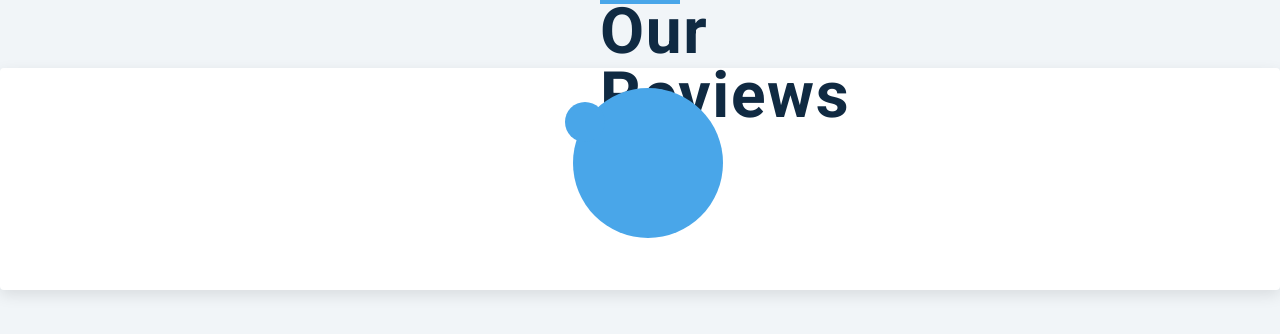
Repository: hseunghwan/practice-vanilla-javascript
Page: Carousel/Carousel.html
An editor plug-in stored every save of this project. The page is shown before and after the next save, followed by the edit.
The browser window is 1280 px wide. The pictures show the whole page.

Above is the page before, as saved 2023-05-10 20:19:38.

### Carousel/Carousel.html
<!DOCTYPE html>
<html>
    <head>
        <title>Carousel</title>
        <link rel="stylesheet" href="Carousel.css" />
        <script src="app.js"></script>
    </head>
    <body>
        <div class="main">
            <h1 class="title underline">Our Reviews</h1>
            <div class="container"></div>
            <div class="review">
                <div class="img-container"></div>
            </div>
        </div>
    </body>
</html>

### Carousel/Carousel.css
/*
===============
Fonts
===============
*/
@import url("https://fonts.googleapis.com/css?family=Open+Sans|Roboto:400,700&display=swap");

/*
===============
Variables
===============
*/

:root {
    /* dark shades of primary color*/
    --clr-primary-1: hsl(205, 86%, 17%);
    --clr-primary-2: hsl(205, 77%, 27%);
    --clr-primary-3: hsl(205, 72%, 37%);
    --clr-primary-4: hsl(205, 63%, 48%);
    /* primary/main color */
    --clr-primary-5: hsl(205, 78%, 60%);
    /* lighter shades of primary color */
    --clr-primary-6: hsl(205, 89%, 70%);
    --clr-primary-7: hsl(205, 90%, 76%);
    --clr-primary-8: hsl(205, 86%, 81%);
    --clr-primary-9: hsl(205, 90%, 88%);
    --clr-primary-10: hsl(205, 100%, 96%);
    /* darkest grey - used for headings */
    --clr-grey-1: hsl(209, 61%, 16%);
    --clr-grey-2: hsl(211, 39%, 23%);
    --clr-grey-3: hsl(209, 34%, 30%);
    --clr-grey-4: hsl(209, 28%, 39%);
    /* grey used for paragraphs */
    --clr-grey-5: hsl(210, 22%, 49%);
    --clr-grey-6: hsl(209, 23%, 60%);
    --clr-grey-7: hsl(211, 27%, 70%);
    --clr-grey-8: hsl(210, 31%, 80%);
    --clr-grey-9: hsl(212, 33%, 89%);
    --clr-grey-10: hsl(210, 36%, 96%);
    --clr-white: #fff;
    --clr-red-dark: hsl(360, 67%, 44%);
    --clr-red-light: hsl(360, 71%, 66%);
    --clr-green-dark: hsl(125, 67%, 44%);
    --clr-green-light: hsl(125, 71%, 66%);
    --clr-black: #222;
    --ff-primary: "Roboto", sans-serif;
    --ff-secondary: "Open Sans", sans-serif;
    --transition: all 0.3s linear;
    --spacing: 0.1rem;
    --radius: 0.25rem;
    --light-shadow: 0 5px 15px rgba(0, 0, 0, 0.1);
    --dark-shadow: 0 5px 15px rgba(0, 0, 0, 0.2);
    --max-width: 1170px;
    --fixed-width: 620px;
}
/*
===============
Global Styles
===============
*/

*,
::after,
::before {
    margin: 0;
    padding: 0;
    box-sizing: border-box;
}
body {
    font-family: var(--ff-secondary);
    background: var(--clr-grey-10);
    color: var(--clr-grey-1);
    line-height: 1.5;
    font-size: 0.875rem;
}
ul {
    list-style-type: none;
}
a {
    text-decoration: none;
}
h1,
h2,
h3,
h4 {
    letter-spacing: var(--spacing);
    text-transform: capitalize;
    line-height: 1.25;
    margin-bottom: 0.75rem;
    font-family: var(--ff-primary);
}
h1 {
    font-size: 3rem;
}
h2 {
    font-size: 2rem;
}
h3 {
    font-size: 1.25rem;
}
h4 {
    font-size: 0.875rem;
}
p {
    margin-bottom: 1.25rem;
    color: var(--clr-grey-5);
}
@media screen and (min-width: 800px) {
    h1 {
        font-size: 4rem;
    }
    h2 {
        font-size: 2.5rem;
    }
    h3 {
        font-size: 1.75rem;
    }
    h4 {
        font-size: 1rem;
    }
    body {
        font-size: 1rem;
    }
    h1,
    h2,
    h3,
    h4 {
        line-height: 1;
    }
}
/*  global classes */

/* section */
.section {
    padding: 5rem 0;
}

.section-center {
    width: 90vw;
    margin: 0 auto;
    max-width: 1170px;
}
@media screen and (min-width: 992px) {
    .section-center {
        width: 95vw;
    }
}
main {
    min-height: 100vh;
    display: grid;
    place-items: center;
}

/*
===============
Reviews
===============
*/
main {
    min-height: 100vh;
    display: grid;
    place-items: center;
}
.title {
    text-align: center;
    margin-bottom: 4rem;
}
.underline {
    height: 0.25rem;
    width: 5rem;
    background: var(--clr-primary-5);
    margin-left: auto;
    margin-right: auto;
}
.container {
    width: 80vw;
    max-width: var(--fixed-width);
}
.review {
    background: var(--clr-white);
    padding: 1.5rem 2rem;
    border-radius: var(--radius);
    box-shadow: var(--light-shadow);
    transition: var(--transition);
    text-align: center;
}
.review:hover {
    box-shadow: var(--dark-shadow);
}
.img-container {
    position: relative;
    width: 150px;
    height: 150px;
    border-radius: 50%;
    margin: 0 auto;
    margin-bottom: 1.5rem;
}
#person-img {
    width: 100%;
    display: block;
    height: 100%;
    object-fit: cover;
    border-radius: 50%;
    position: relative;
}
.img-container::after {
    font-family: "Font Awesome 5 Free";
    font-weight: 900;
    content: "\f10e";
    position: absolute;
    top: 0;
    left: 0;
    width: 2.5rem;
    height: 2.5rem;
    display: grid;
    place-items: center;
    border-radius: 50%;
    transform: translateY(25%);
    background: var(--clr-primary-5);
    color: var(--clr-white);
}
.img-container::before {
    content: "";
    width: 100%;
    height: 100%;
    background: var(--clr-primary-5);
    position: absolute;
    top: -0.25rem;
    right: -0.5rem;
    border-radius: 50%;
}
#author {
    margin-bottom: 0.25rem;
}
#job {
    margin-bottom: 0.5rem;
    text-transform: uppercase;
    color: var(--clr-primary-5);
    font-size: 0.85rem;
}
#info {
    margin-bottom: 0.75rem;
}
.prev-btn,
.next-btn {
    color: var(--clr-primary-7);
    font-size: 1.25rem;
    background: transparent;
    border-color: transparent;
    margin: 0 0.5rem;
    transition: var(--transition);
    cursor: pointer;
}
.prev-btn:hover,
.next-btn:hover {
    color: var(--clr-primary-5);
}
.random-btn {
    margin-top: 0.5rem;
    background: var(--clr-primary-10);
    color: var(--clr-primary-5);
    padding: 0.25rem 0.5rem;
    text-transform: capitalize;
    border-radius: var(--radius);
    transition: var(--transition);
    border-color: var(--clr-primary-5);
    cursor: pointer;
}
.random-btn:hover {
    background: var(--clr-primary-5);
    color: var(--clr-primary-1);
}

Loaded but not shown: Carousel/app.js (no stored copy; drawn as an empty file)

After the next save:
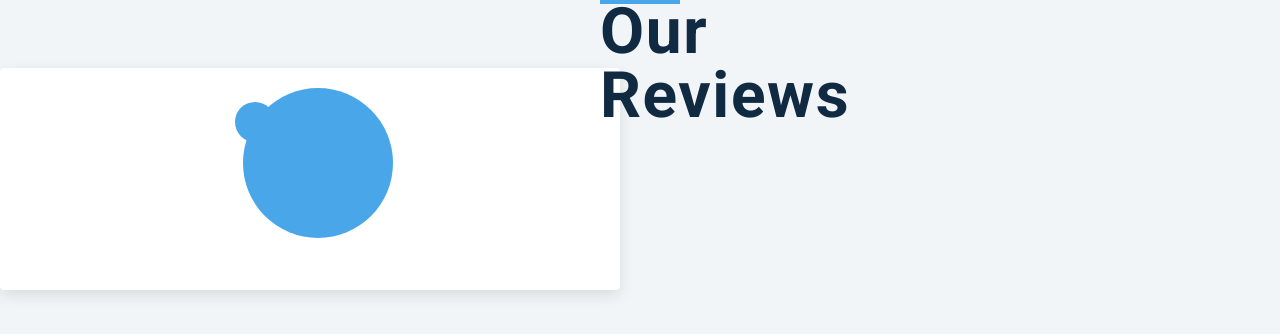
Saved 12 s later.
--- a/Carousel/Carousel.html
+++ b/Carousel/Carousel.html
@@ -8,9 +8,10 @@
     <body>
         <div class="main">
             <h1 class="title underline">Our Reviews</h1>
-            <div class="container"></div>
-            <div class="review">
-                <div class="img-container"></div>
+            <div class="container">
+                <div class="review">
+                    <div class="img-container"></div>
+                </div>
             </div>
         </div>
     </body>
